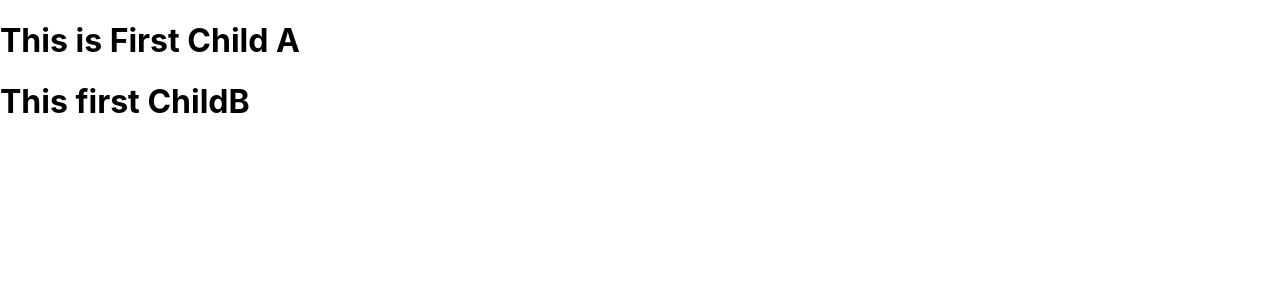
Repository: OmniaRafat232111121/Contextapp
Page: /
These files come from the project's save history. The page is drawn as it stood at one moment and after a run of saves; the edit follows.
The browser window is 1280 px wide. The pictures show the whole page.
The project was rebuilt for these pictures with package versions that can differ from the ones it lists, and the page was loaded fresh each time.

Above is the page before, as saved 2022-11-06 13:25:22.

### src/index.css
body {
  margin: 0;
  font-family: -apple-system, BlinkMacSystemFont, "Segoe UI", "Roboto", "Oxygen",
    "Ubuntu", "Cantarell", "Fira Sans", "Droid Sans", "Helvetica Neue",
    sans-serif;
  -webkit-font-smoothing: antialiased;
  -moz-osx-font-smoothing: grayscale;
}

/* app styles */
.App {
  max-width: 400px;
  margin: 30px auto;
  text-align: center;
}

nav {
  padding: 5px;
}

nav ul {
  padding: 0;
}

nav ul li {
  display: inline-block;
  margin: 0 10px;
}

.book-list {
  padding: 20px;
  margin-bottom: 20px;
}

.book-list ul {
  padding: 0;
  list-style-type: none;
}

.book-list li {
  padding: 10px;
  margin: 10px auto;
  border-radius: 10px;
}

### src/App.js
import React,{useState} from 'react'
import Parent from './components/Parent'
const App = () => {
  return (
    <div>
     <Parent/>
    </div>
  )
}

export default App

### src/components/Parent.jsx
import React,{useState} from 'react'
import ChildA from './ChildA';
import ChildB from './ChildB';
import ChildC from './ChildC';

const Parent = () => {
    const [fName, setFName] = useState('Omnia');
    const [lName,setLName]=useState('Rafat')
  return (
    <div>
          <ChildA fName={fName} lName={lName} />
          <ChildB  />
          <ChildC/>
      </div>
  )
}

export default Parent

### src/components/ChildA.jsx
import React from 'react'

const ChildA = ({fName,lName}) => {
  return (
    <div>
          <h1>This is First Child A</h1>
    </div>
  )
}

export default ChildA

### src/components/ChildB.jsx
import React from 'react'
import ChildC from './ChildC'

const ChildB = ({fName,lName}) => {
  return (
    <div>
          <h1>This first ChildB</h1>
          <ChildC fName={fName} lName={lName}/>
    </div>
  )
}

export default ChildB

### src/components/ChildC.jsx
import React from 'react'

const ChildC = ({fName,lName}) => {
  return (
    <div>
          <h4>{fName}</h4>
          <h4>{lName}</h4>
    </div>
  )
}

export default ChildC

Loaded but not shown: public/index.html (common file); src/index.js (common file)

After the next 5 saves:
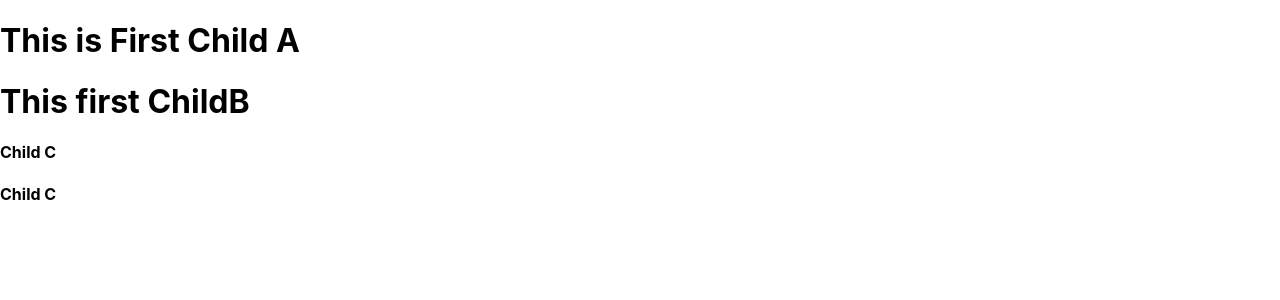
The 5 saves are shown as one change because they came seconds apart.
The last was saved 23 s later.
--- a/src/components/ChildC.jsx
+++ b/src/components/ChildC.jsx
@@ -2,7 +2,8 @@ import React from 'react'
 
 const ChildC = ({fName,lName}) => {
   return (
-    <div>
+      <div>
+          <h4>Child C</h4>
           <h4>{fName}</h4>
           <h4>{lName}</h4>
     </div>
